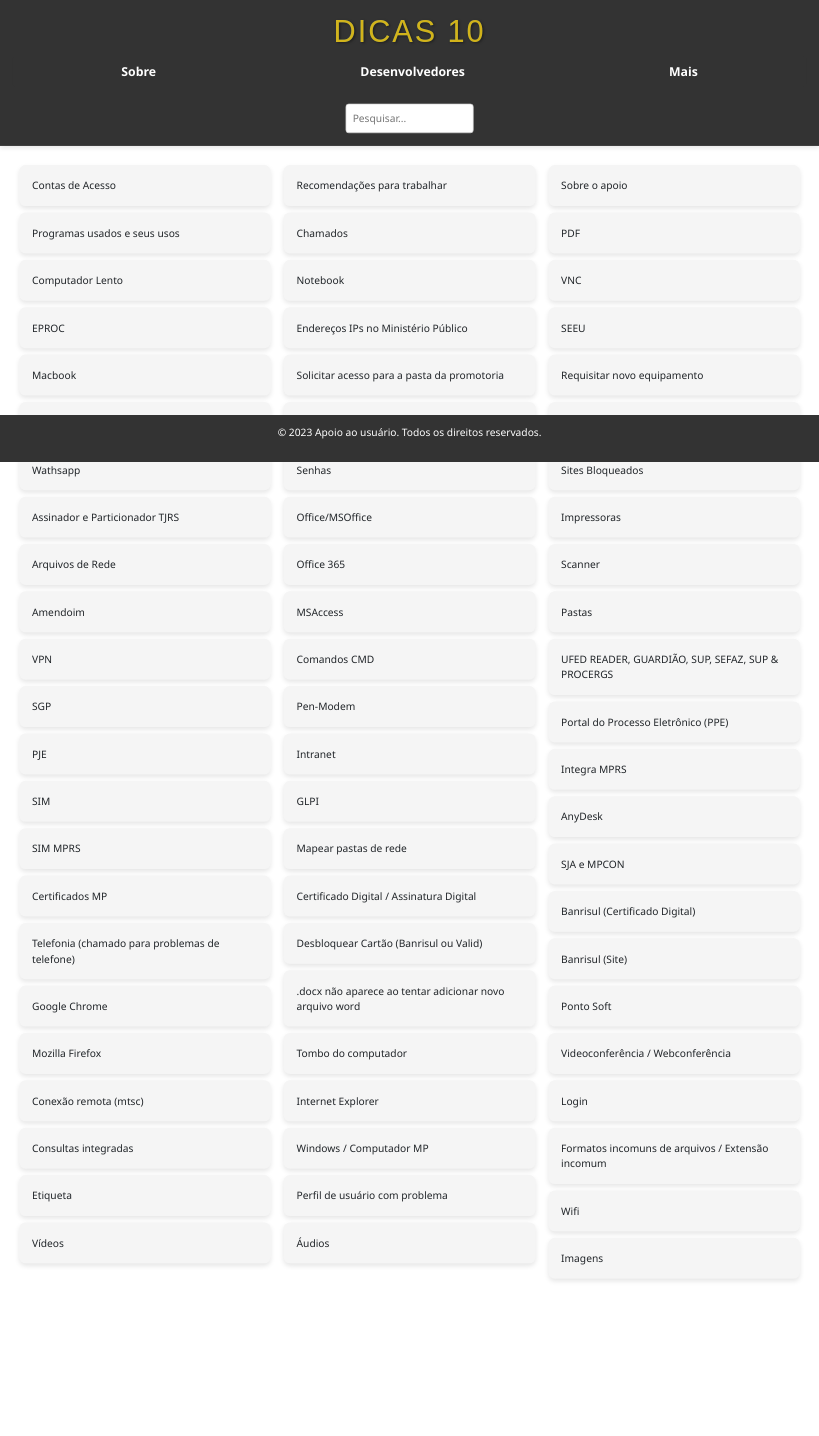
Repository: I4guito/dicasdez
Page: Dicas site/index.html
An editor plug-in stored every save of this project. The page is shown before and after the next save, followed by the edit.
The browser window is 1280 px wide. The pictures show the whole page, at 64% of full size.

Above is the page before, as saved 2023-12-11 12:19:50.

### Dicas site/index.html
<!DOCTYPE html>
<html lang="en">
<head>
    <meta charset="UTF-8">
    <meta name="viewport" content="width=device-width, initial-scale=1, shrink-to-fit=no">
    <link rel="stylesheet" href="https://stackpath.bootstrapcdn.com/bootstrap/4.3.1/css/bootstrap.min.css">
    <script src="https://code.jquery.com/jquery-3.3.1.slim.min.js"></script>
    <script src="https://stackpath.bootstrapcdn.com/bootstrap/4.3.1/js/bootstrap.min.js"></script>
    <link rel="stylesheet" href="styles.css">
    <script src="script.js"></script>

    <title>Dicas 10</title>
</head>
<body>
    <header>
        <h1>Dicas 10</h1>
        <nav>
            <ul>
                <li><a href="/Dicas site/Sobre/sobre.html">Sobre </a></li>
                <li><a href="/Dicas site/Desenvolvedores/desen.html">Desenvolvedores</a></li>
                <li><a href="/Dicas site/Mais/Mais.html">Mais</a></li>
            </ul>
        </nav>
        <input type="text" id="searchBar" placeholder="Pesquisar..." oninput="filterItems()">
    </header>

    <main>
        <div class="column" id="column1">
            <div class="box" onclick="openPage('/Dicas site/Dicas/contasacesso')">Contas de Acesso</div>
            <div class="box" onclick="openPage('/Dicas site/programas/programas')">Programas usados e seus usos</div>
            <div class="box" onclick="openPage('Dicas/pclento')">Computador Lento</div>
            <div class="box" onclick="openPage('Dicas/eproc')">EPROC</div>
            <div class="box" onclick="openPage('Dicas/macbook')">Macbook</div>
            <div class="box" onclick="openPage('Dicas/dns')">DNS</div>
            <div class="box" onclick="openPage('Dicas/waths')">Wathsapp</div>
            <div class="box" onclick="openPage('Dicas/tjrsap')">Assinador e Particionador TJRS</div>
            <div class="box" onclick="openPage('Dicas/arquivosderede')">Arquivos de Rede</div>
            <div class="box" onclick="openPage('Dicas/amendoim')">Amendoim</div>
            <div class="box" onclick="openPage('Dicas/vpn')">VPN</div>
            <div class="box" onclick="openPage('Dicas/SGP')">SGP</div>
            <div class="box" onclick="openPage('Dicas/PJE')">PJE</div>
            <div class="box" onclick="openPage('Dicas/SIM')">SIM</div>
            <div class="box" onclick="openPage('Dicas/SIMMPRS')">SIM MPRS</div>
            <div class="box" onclick="openPage('Dicas/certmp')">Certificados MP</div>
            <div class="box" onclick="openPage('Dicas/telefonia')">Telefonia (chamado para problemas de telefone)</div>
            <div class="box" onclick="openPage('Dicas/chrome')">Google Chrome</div>
            <div class="box" onclick="openPage('Dicas/mozilla')">Mozilla Firefox</div>
            <div class="box" onclick="openPage('Dicas/mtsc')">Conexão remota (mtsc)</div>
            <div class="box" onclick="openPage('Dicas/consultasi')">Consultas integradas</div>
            <div class="box" onclick="openPage('Dicas/etiqueta')">Etiqueta</div>
            <div class="box" onclick="openPage('Dicas/sobrevideos')">Vídeos</div>
        </div>

        <div class="column" id="column2">
            <div class="box" onclick="openPage('Dicas/recomenda')">Recomendações para trabalhar</div>
            <div class="box" onclick="openPage('Dicas/chamado')">Chamados</div>
            <div class="box" onclick="openPage('Dicas/notebook')">Notebook</div>
            <div class="box" onclick="openPage('Dicas/ips')">Endereços IPs no Ministério Público</div>
            <div class="box" onclick="openPage('Dicas/pastapro')">Solicitar acesso para a pasta da promotoria</div>
            <div class="box" onclick="openPage('Dicas/pendrive')">Pendrive</div>
            <div class="box" onclick="openPage('Dicas/senhas')">Senhas</div>
            <div class="box" onclick="openPage('Dicas/msoffice')">Office/MSOffice</div>
            <div class="box" onclick="openPage('Dicas/365')">Office 365</div>
            <div class="box" onclick="openPage('Dicas/access')">MSAccess</div>
            <div class="box" onclick="openPage('Dicas/cmd')">Comandos CMD</div>
            <div class="box" onclick="openPage('Dicas/penmodem')">Pen-Modem</div>
            <div class="box" onclick="openPage('Dicas/Intranet')">Intranet</div>
            <div class="box" onclick="openPage('Dicas/GLPI')">GLPI</div>
            <div class="box" onclick="openPage('Dicas/maprede')">Mapear pastas de rede</div>
            <div class="box" onclick="openPage('Dicas/certificadoeassinatura')">Certificado Digital / Assinatura Digital</div>
            <div class="box" onclick="openPage('Dicas/banvalid')">Desbloquear Cartão (Banrisul ou Valid) </div>
            <div class="box" onclick="openPage('Dicas/docxn')">.docx não aparece ao tentar adicionar novo arquivo word</div>
            <div class="box" onclick="openPage('Dicas/tombo')">Tombo do computador</div>
            <div class="box" onclick="openPage('Dicas/explorer')">Internet Explorer</div>
            <div class="box" onclick="openPage('Dicas/windows compmp')">Windows / Computador MP</div>
            <div class="box" onclick="openPage('Dicas/perfilproblema')">Perfil de usuário com problema</div>
            <div class="box" onclick="openPage('Dicas/sobreaudios')">Áudios</div>
        </div>

        <div class="column" id="column3">
            <div class="box" onclick="openPage('Dicas/sapoio')">Sobre o apoio</div>
            <div class="box" onclick="openPage('Dicas/pdf')">PDF</div>
            <div class="box" onclick="openPage('Dicas/vnc')">VNC</div>
            <div class="box" onclick="openPage('Dicas/seeu')">SEEU</div>
            <div class="box" onclick="openPage('Dicas/requisiçãoequip')">Requisitar novo equipamento</div>
            <div class="box" onclick="openPage('Dicas/leitorcartao')">Leitor de Cartão</div>
            <div class="box" onclick="openPage('Dicas/cgasite')">Sites Bloqueados</div>
            <div class="box" onclick="openPage('Dicas/impressoras')">Impressoras</div>
            <div class="box" onclick="openPage('Dicas/scanner')">Scanner</div>
            <div class="box" onclick="openPage('Dicas/pasta')">Pastas</div>
            <div class="box" onclick="openPage('Dicas/alguns sistemas')">UFED READER, GUARDIÃO, SUP, SEFAZ, SUP & PROCERGS</div>
            <div class="box" onclick="openPage('Dicas/PPE')">Portal do Processo Eletrônico (PPE)</div>
            <div class="box" onclick="openPage('Dicas/integra')">Integra MPRS</div>
            <div class="box" onclick="openPage('Dicas/anydesk')">AnyDesk</div>
            <div class="box" onclick="openPage('Dicas/sja')">SJA e MPCON</div>
            <div class="box" onclick="openPage('Dicas/banricert')">Banrisul (Certificado Digital)</div>
            <div class="box" onclick="openPage('Dicas/banrisite')">Banrisul (Site)</div>
            <div class="box" onclick="openPage('Dicas/pontosoft')">Ponto Soft</div>
            <div class="box" onclick="openPage('Dicas/videoconfe')">Videoconferência / Webconferência</div>
            <div class="box" onclick="openPage('Dicas/loginmp')">Login</div>
            <div class="box" onclick="openPage('Dicas/formatosinc')">Formatos incomuns de arquivos / Extensão incomum</div>
            <div class="box" onclick="openPage('Dicas/wifi')">Wifi</div>
            <div class="box" onclick="openPage('Dicas/sobreimagens')">Imagens</div>
        </div>
    </main><br><br><br><br><br><br><br><br><br>


    <footer>
        <p>&copy; 2023 Apoio ao usuário. Todos os direitos reservados.</p>
    </footer>

</body>
</html>

### Dicas site/styles.css
body {
    font-family: 'Segoe UI', Tahoma, Geneva, Verdana, sans-serif;
    margin: 0;
    padding: 0;

}

header {
    background-color: #333;
    color: #fff;
    text-align: center;
    padding: 20px;
    box-shadow: 0 4px 8px rgba(0, 0, 0, 0.1);
}

header h1{
    margin: 0;
    font-size: 3em;
    font-family: 'Quicksand', sans-serif;
    color: #e7c012e5;
    text-transform: uppercase;
    letter-spacing: 3px;
    background: linear-gradient(135deg, #2980b9, #2c3e50); /* Gradiente azul-escuro */
    -webkit-background-clip: text;
    text-shadow: 2px 2px 4px rgba(0, 0, 0, 0.4);

}



nav ul {
    list-style-type: none;
    padding: 0;
    display: flex;
    justify-content: space-around;
    margin-top: 10px;
    background-color: #333;
    padding: 10px;
    border-radius: 5px;
}

nav a {
    text-decoration: none;
    color: #fff;
    font-weight: bold;
    font-size: 1.2em;
    transition: color 0.3s ease-in-out;
}

nav a:hover {
    color: #ffd700;
}

input[type="text"] {
    padding: 10px;
    margin-top: 10px;
    width: 200px;
    border: 1px solid #ccc;
    border-radius: 5px;
}

main {
    display: flex;
    justify-content: space-around;
    padding: 20px;
}

.column {
    flex: 1;
}


.box {
    background-color: #f5f5f5;
    padding: 20px;
    margin: 10px;
    cursor: pointer;
    border-radius: 10px;
    box-shadow: 0 4px 8px rgba(0, 0, 0, 0.1);
    transition: background-color 0.3s ease-in-out;
}

.box:hover {
    background-color: #ddd;
}

footer {
    background-color: #333;
    color: #fff;
    text-align: center;
    padding: 1em;
    position: fixed;
    bottom: 0;
    width: 100%;
}

### Dicas site/script.js
function filterItems() {
    var searchBar = document.getElementById('searchBar');
    var filter = searchBar.value.toUpperCase();

    var columns = document.getElementsByClassName('column');
    for (var i = 0; i < columns.length; i++) {
        var boxes = columns[i].getElementsByClassName('box');
        for (var j = 0; j < boxes.length; j++) {
            var item = boxes[j];
            var textValue = item.textContent || item.innerText;
            if (textValue.toUpperCase().indexOf(filter) > -1) {
                item.style.display = "";
            } else {
                item.style.display = "none";
            }
        }
    }
}

function openPage(pageName) {
    window.location.href = pageName + '.html';
}

const isOpera = navigator.userAgent.indexOf("OPR") > -1;

if (isOpera) {
    document.addEventListener("DOMContentLoaded", function () {
        const containers = document.querySelectorAll(".container");
        containers.forEach(function (container) {
            container.style.backgroundColor = "#005c4b";
            container.style.color = "#333";
        });
    });
}

After the next save:
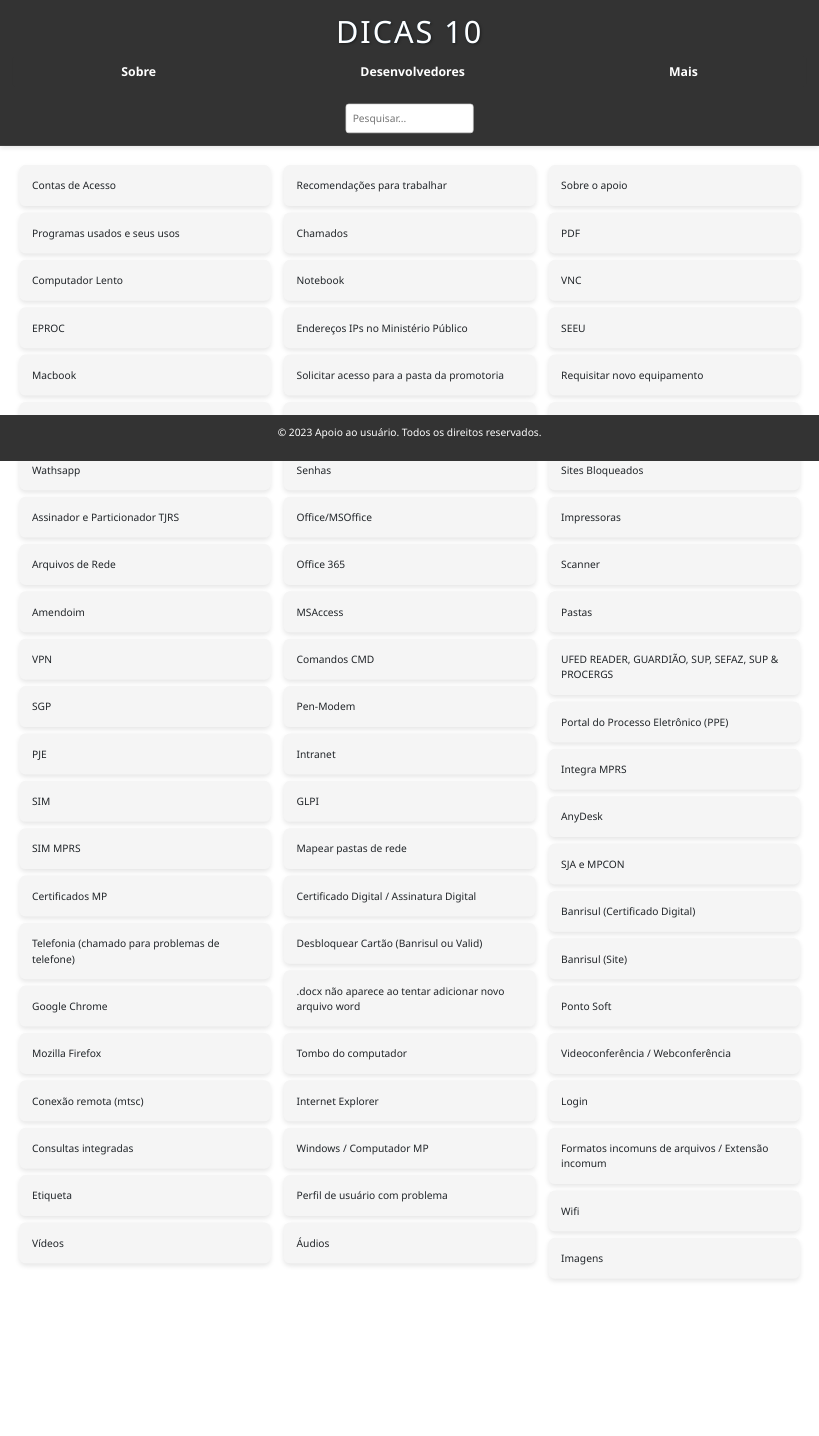
Saved 4 s later.
--- a/Dicas site/styles.css
+++ b/Dicas site/styles.css
@@ -16,7 +16,7 @@
 header h1{
     margin: 0;
     font-size: 3em;
-    font-family: 'Quicksand', sans-serif;
+    font-family: 'Quicksand',
     color: #e7c012e5;
     text-transform: uppercase;
     letter-spacing: 3px;

After the 3 saves that followed:
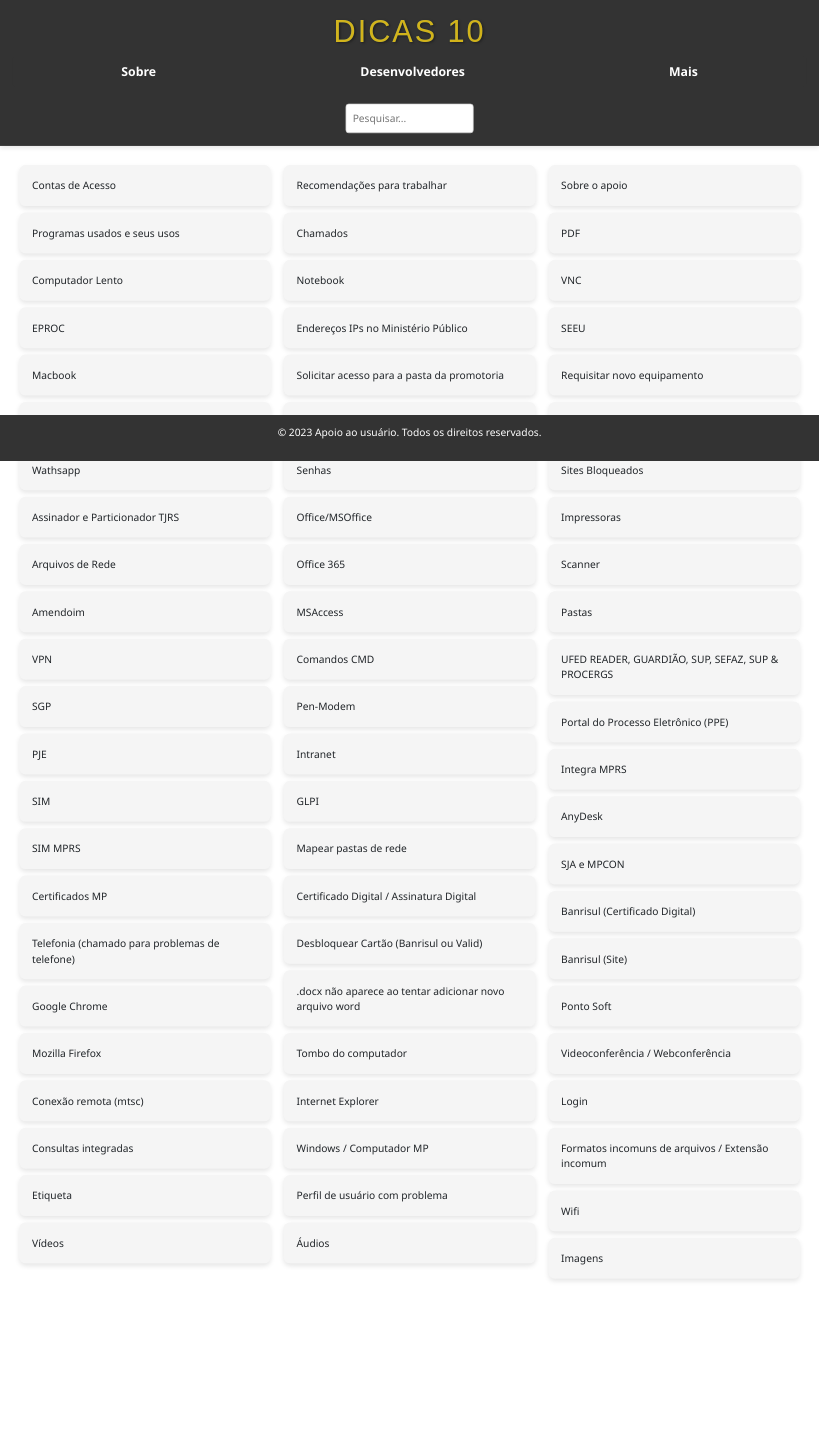
The 3 saves are shown as one change because 1 left the picture as it was and some came seconds apart.
The last was saved 12 s later.
--- a/Dicas site/styles.css
+++ b/Dicas site/styles.css
@@ -16,7 +16,7 @@
 header h1{
     margin: 0;
     font-size: 3em;
-    font-family: 'Quicksand',
+    font-family: 'Quicksand', sans-serif;
     color: #e7c012e5;
     text-transform: uppercase;
     letter-spacing: 3px;
